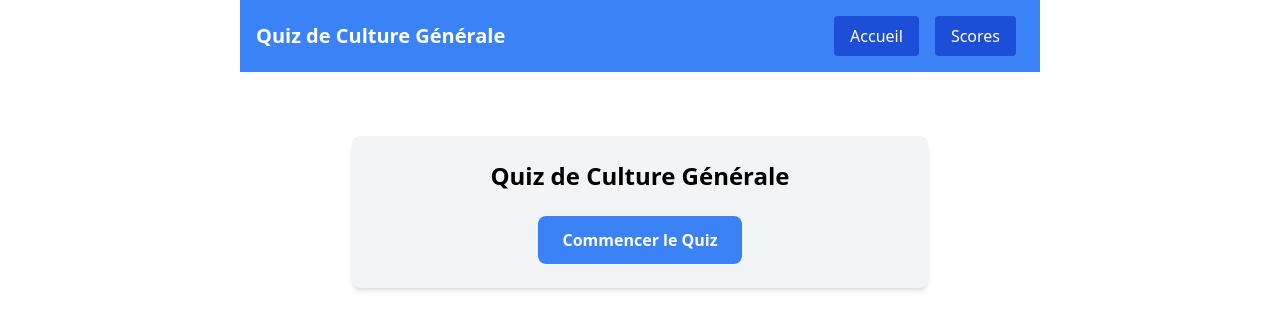
Repository: snaike71/quizvue
Page: /
An editor plug-in stored every save of this project. The page is shown before and after the next save, followed by the edit.
The browser window is 1280 px wide. The pictures show the whole page.
The project was rebuilt for these pictures with package versions that can differ from the ones it lists, and the page was loaded fresh each time. Also part of the build but not shown: vite.config.ts, src/components/QuizProgress.vue, src/components/QuizQuestion.vue, src/components/QuizTimer.vue, src/components/Leaderboard.vue.

Above is the page before, as saved 2024-10-31 15:41:46.

After the next save:
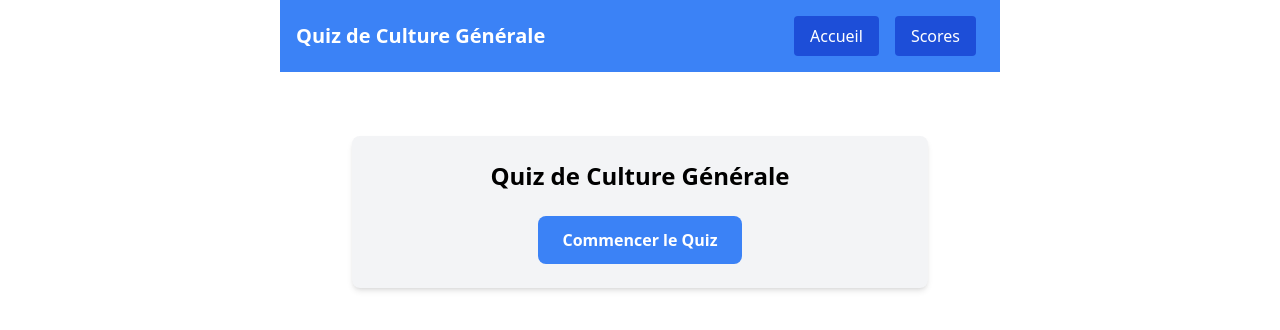
Saved 37 min 42 s later.
--- a/src/App.vue
+++ b/src/App.vue
@@ -58,7 +58,7 @@ export default defineComponent({
 
 <style>
 .app-container {
-  max-width: 800px;
+  width: 100vh;
   margin: 0 auto;
 }
 </style>
